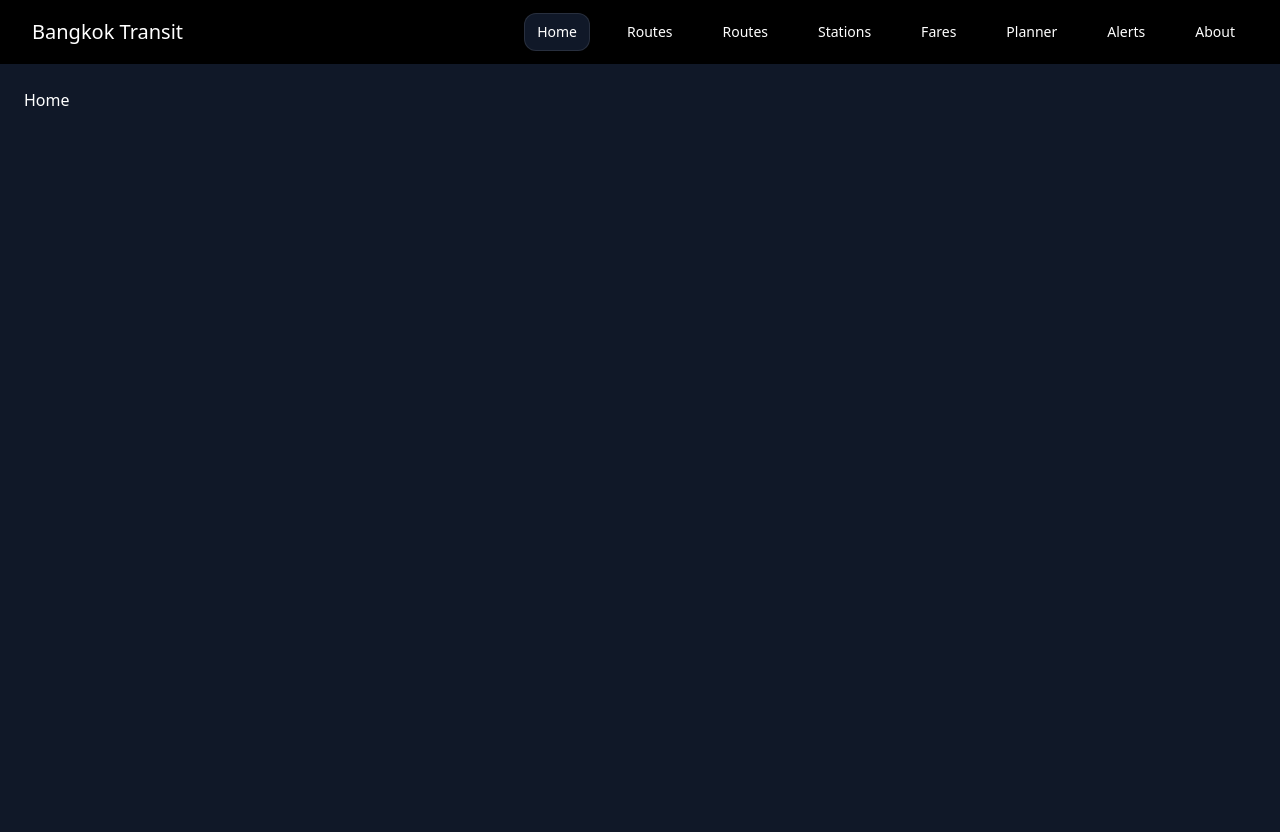
Repository: pyaestk/Bangkok-transit-map
Page: /
These files come from the project's save history. The page is drawn as it stood at one moment and after a run of saves; the edit follows.
The browser window is 1280 px wide. The pictures show the whole page.
The project was rebuilt for these pictures with package versions that can differ from the ones it lists, and the page was loaded fresh each time. Also part of the build but not shown: vite.config.ts, src/pages/Planner.tsx, src/pages/Stations.tsx, src/pages/TrainRoutes.tsx, src/pages/Fares.tsx, src/pages/Alerts.tsx, src/pages/About.tsx.

Above is the page before, as saved 2025-10-04 09:23:08.

After the next 2 saves:
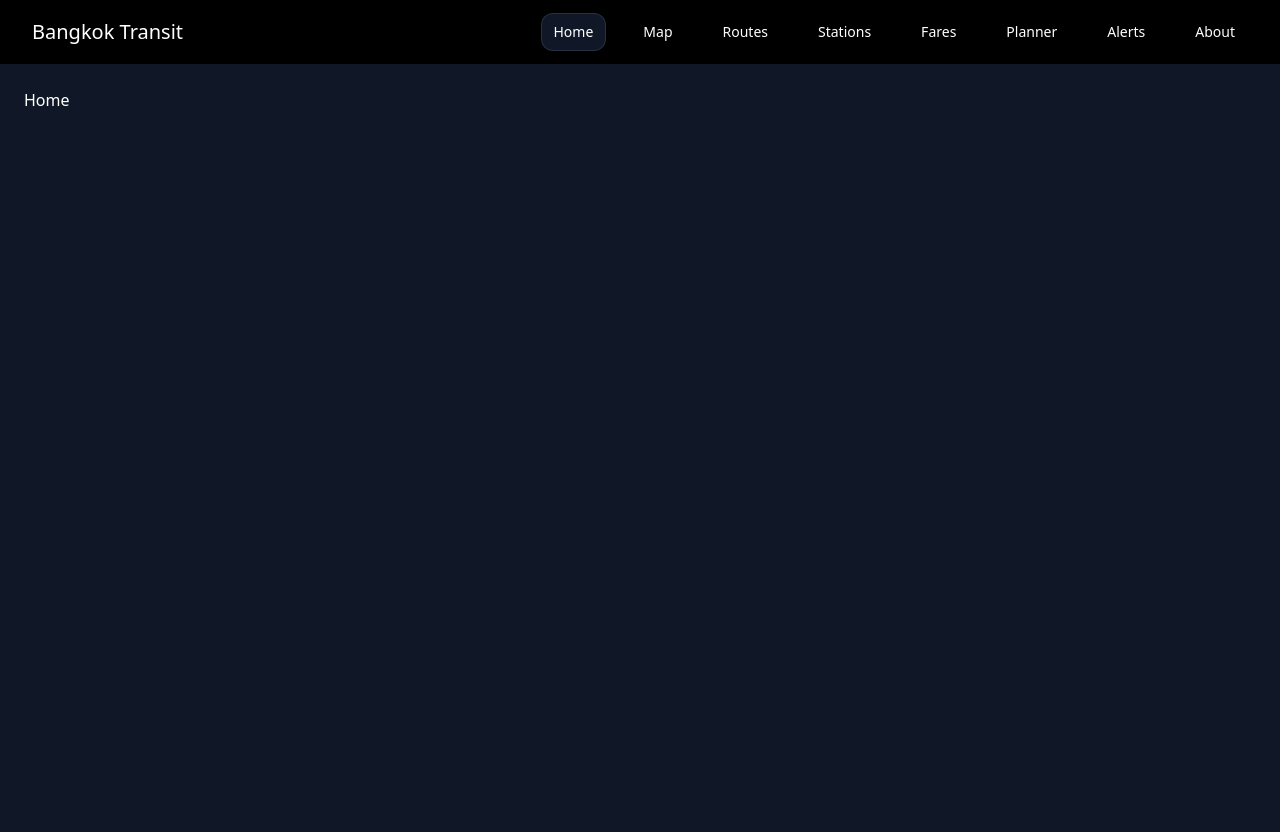
The 2 saves are shown as one change because they came seconds apart.
The last was saved 24 s later.
--- a/src/component/NavBar.tsx
+++ b/src/component/NavBar.tsx
@@ -10,8 +10,8 @@ function NavBar() {
 
   const links = [
     { to: "/", label: "Home" },
+    { to: "/map", label: "Map" },
     { to: "/routes", label: "Routes" },
-        { to: "/routes", label: "Routes" },
     { to: "/stations", label: "Stations" },
     { to: "/fares", label: "Fares" },
     { to: "/planner", label: "Planner" },
